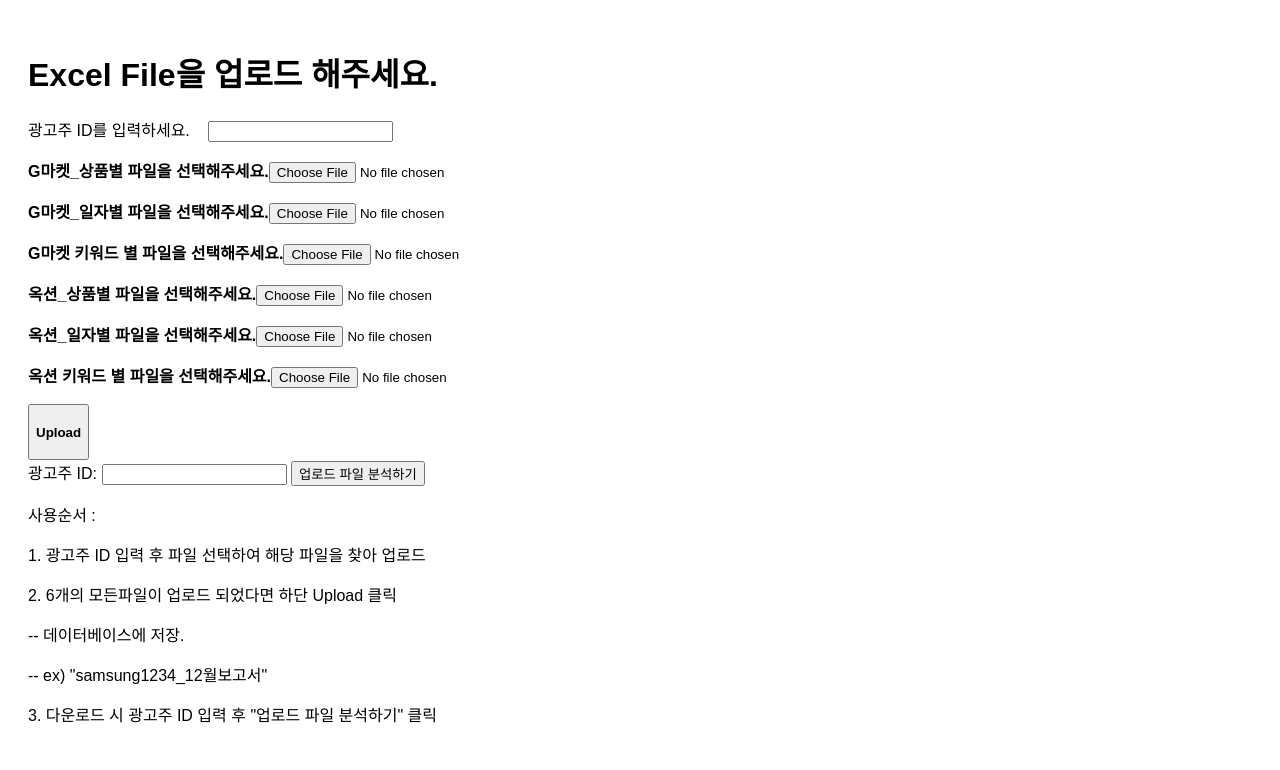
Repository: Hmin0731/FIleUploadSite
Page: http://localhost/upload
The author's editor kept a copy of each file at every save. The page is drawn from the files as they stood at one save, then again after the next save.
The browser window is 1280 px wide. The pictures show the whole page.
The page is this project's Thymeleaf template; nobody is signed in. The template is opened directly, without the code that normally fills it, so the values that code supplies are empty.

Above is the page before, as saved 2024-10-25 00:20:25.

### file-upload-site/src/main/resources/templates/upload.html
<!DOCTYPE html>
<html xmlns:th="http://www.thymeleaf.org" lang="en">
<head>
    <meta charset="UTF-8">
    <meta name="viewport" content="width=device-width, initial-scale=1.0">
    <title>Upload Excel File</title>

    <script src="https://cdn.jsdelivr.net/npm/chart.js"></script> <!-- Chart.js 라이브러리 -->
     <style>
        body {
            font-family: Arial, sans-serif;
            padding: 20px;
        }
        #chartContainer {
            width: 80%;
            margin: auto;
            margin-top: 20px;
        }
    </style>
</head>
<body>
    <h1>Excel File을 업로드 해주세요.</h1>

    <form action="/upload" method="post" enctype="multipart/form-data">
    	<p>광고주 ID를 입력하세요.&nbsp;&nbsp;&nbsp;&nbsp;<input type="text" name="advertiserId"  ></p>

        <div><b>G마켓_상품별 파일을 선택해주세요.<input type="file" name="filesFolder1" accept=".xls,.xlsx" multipart required></b></div><p></p>
        <div><b>G마켓_일자별 파일을 선택해주세요.<input type="file" name="filesFolder2" accept=".xls,.xlsx" multipart required></b></div><p></p>
        <div><b>G마켓 키워드 별 파일을 선택해주세요.<input type="file" name="filesFolder3" accept=".xls,.xlsx" multipart required></b></div><p></p>
        <div><b>옥션_상품별 파일을 선택해주세요.<input type="file" name="filesFolder4" accept=".xls,.xlsx" multipart required></b></div><p></p>
		<div><b>옥션_일자별 파일을 선택해주세요.<input type="file" name="filesFolder5" accept=".xls,.xlsx" multipart required></b></div><p></p>
       	<div><b>옥션 키워드 별 파일을 선택해주세요.<input type="file" name="filesFolder6" accept=".xls,.xlsx" multipart required></b></div>	<p></p>
        <button type="submit"><h4> Upload </h4></button>
    </form>


    <form action="/report/generate" method="get">
        <label for="advertiserId">광고주 ID:</label>
        <input type="text" id="advertiserId" name="advertiserId" required>
        <button type="submit">업로드 파일 분석하기</button>


    </form>




    <p th:text="${message}"></p>
    <p>사용순서 :</p>
    <p>1. 광고주 ID 입력 후 파일 선택하여 해당 파일을 찾아  업로드</p>
  	<p>2. 6개의 모든파일이 업로드 되었다면 하단 Upload 클릭</p>
  	<p>-- 데이터베이스에 저장.   	</p>
  	<p>-- ex) "samsung1234_12월보고서"  </p>
	<p>3. 다운로드 시 광고주 ID 입력 후 "업로드 파일 분석하기" 클릭 </p>

    </body>

</html>

After the next save:
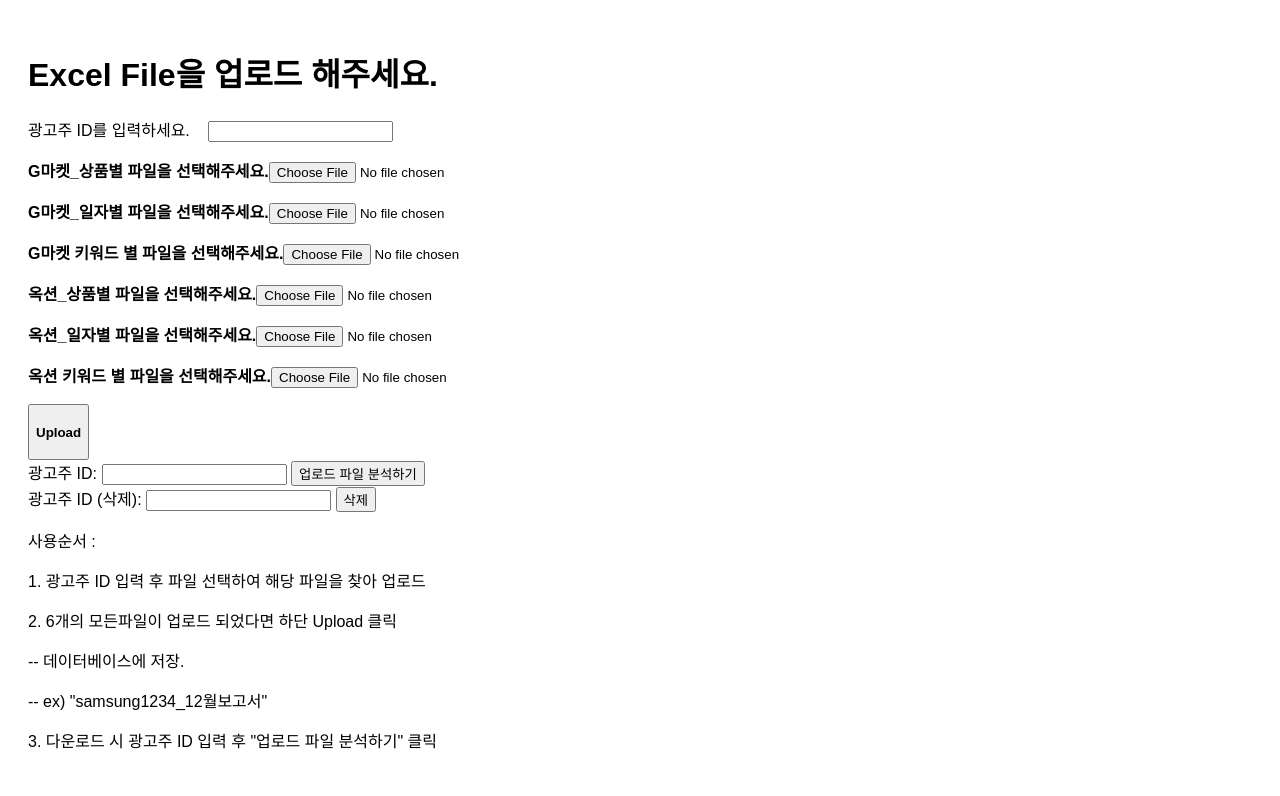
Saved 35 s later.
--- a/file-upload-site/src/main/resources/templates/upload.html
+++ b/file-upload-site/src/main/resources/templates/upload.html
@@ -38,9 +38,12 @@
         <label for="advertiserId">광고주 ID:</label>
         <input type="text" id="advertiserId" name="advertiserId" required>
         <button type="submit">업로드 파일 분석하기</button>
-
-
     </form>
+    <form action="/report/delete" method="post">
+    <label for="advertiserId">광고주 ID (삭제):</label>
+    <input type="text" id="advertiserIdToDelete" name="advertiserId" required>
+    <button type="submit">삭제</button>
+</form>
 
 
 
